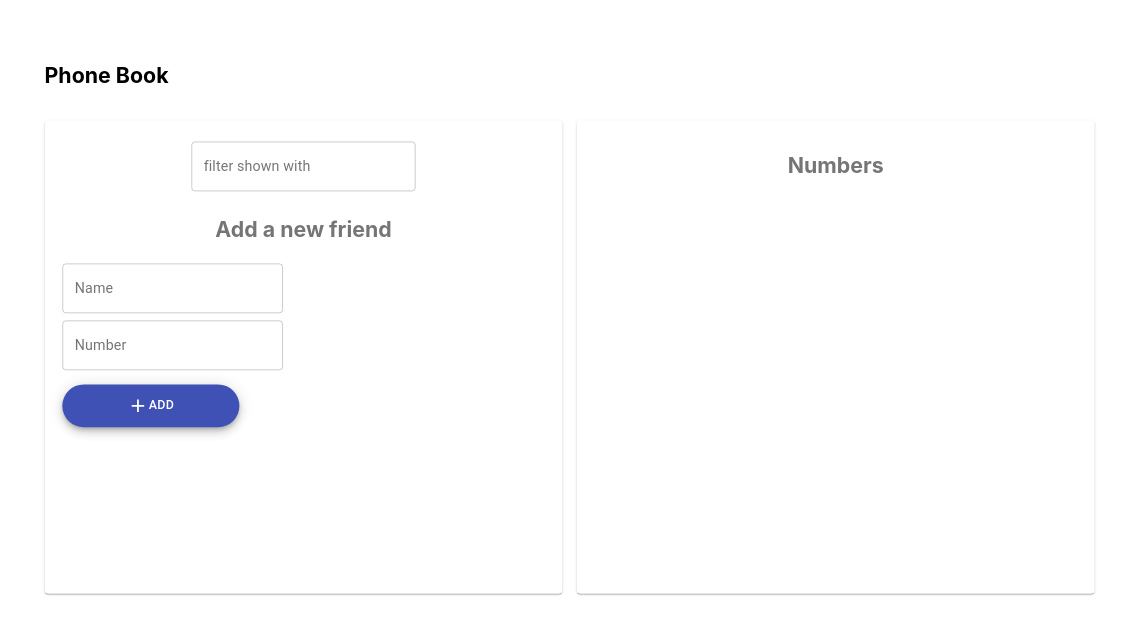
Repository: StacyLafume/phone-book
Page: / (app in phone-book/)
The author's editor kept a copy of each file at every save. The page is drawn from the files as they stood at one save, then again after the next save.
The browser window is 1280 px wide. The pictures show the whole page, at 89% of full size.
The page's requests for data from a server got no answer. The project was rebuilt for these pictures with package versions that can differ from the ones it lists, and the page was loaded fresh each time. No one was signed in, and anything a server would have sent is missing. Also part of the build but not shown: phone-book/src/PhoneBook.js.

Above is the page before, as saved 2021-04-02 01:13:11.

After the next save:
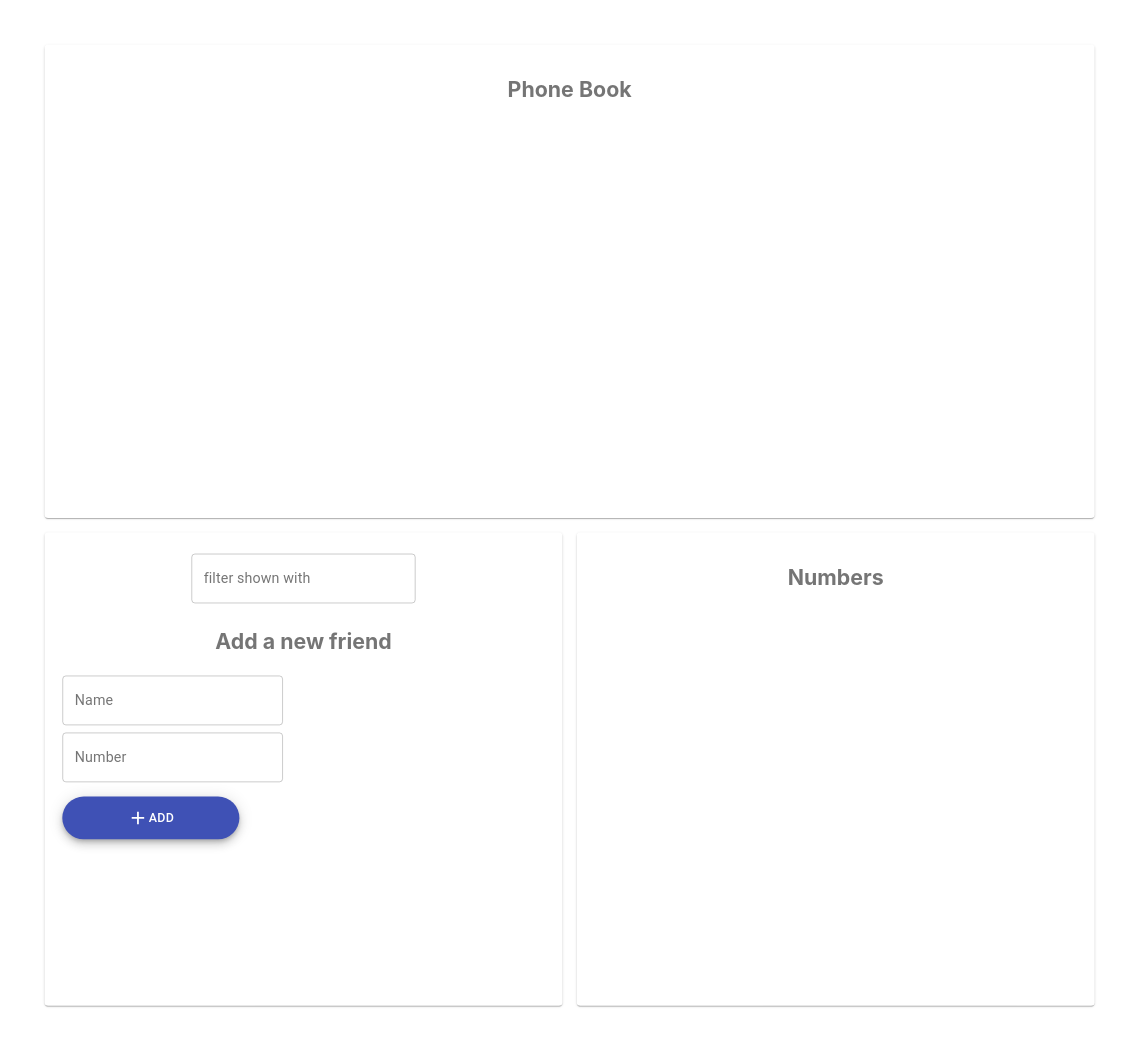
Saved 40 s later.
--- a/phone-book/src/App.js
+++ b/phone-book/src/App.js
@@ -191,7 +191,9 @@ const App = () => {
     <Box className={classes.root}>
       <Grid container spacing={2}>
       <Grid item xs={12}>
+      <Paper className={classes.paper}>
         <h2>Phone Book</h2>
+        </Paper>
         </Grid>
         <Grid item xs={6}>
           <Paper className={classes.paper}>
